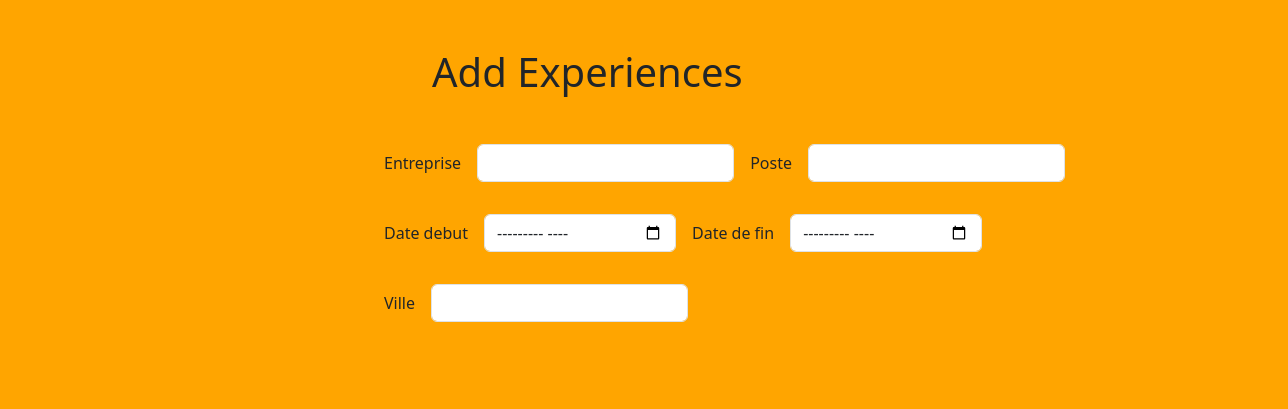
Repository: moAllElite/Examen-EJB-WEB-EAR
Page: http://localhost/SearchJobsWeb/views/exp_form_skills/addExp.jsp
These files come from the project's save history. The page is drawn as it stood at one moment and after the next save; the edit follows.
The browser window is 1280 px wide. The page is 1288 px wide, so the pictures cover 1288 px, including what lies to the right of the window. The pictures show the whole page.
The page is served by Tomcat 9. Nobody is signed in. The application's start-up code is not run.

Above is the page before, as saved 2023-03-25 22:34:56.

After the next save:
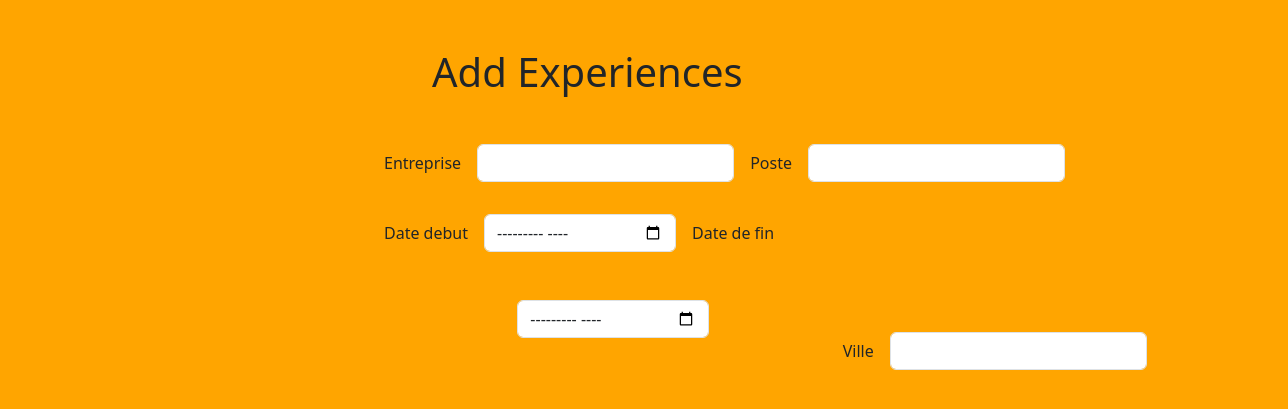
Saved 3 min 0 s later.
--- a/SearchJobsWeb/src/main/webapp/views/exp_form_skills/main.jsp
+++ b/SearchJobsWeb/src/main/webapp/views/exp_form_skills/main.jsp
@@ -10,7 +10,7 @@
 	</head>
 	<body  style="background-color: orange; margin-left: 30%;">
 		<!-- Example Code -->
-
+    	<div class=""d-flex justify-content-evenly mt-5">
 	    <div class="row g-3 align-items-center sm-5">
 		      <div class="col-auto">
 		        <label for="inputPassword6" class="col-form-label">Entreprise</label>
@@ -25,8 +25,9 @@
 			      <input type="text"  class="form-control" name="poste" required="required" aria-describedby="addon-wrapping">
 			    </div>
 		  	</div>
+		 </div>
 		  	<!-- Example Code -->
-
+	    <div class=""d-flex justify-content-evenly mt-5">
 		    <div class="row g-3 align-items-center mt-3">
 		      <div class="col-auto">
 		        <label for="inputPassword6" class="col-form-label">Date debut</label>
@@ -37,6 +38,8 @@
 		      <div class="col-auto">
 		      <label for="inputPassword6" class="col-form-label">Date de fin</label>
 		    </div>
+		   </div>
+		   <div class="d-flex justify-content-evenly mt-5">
 		    <div class="col-auto">
 		      <input type="month"  name="datefn" required="required" class="form-control"  aria-describedby="addon-wrapping">
 		    </div>
